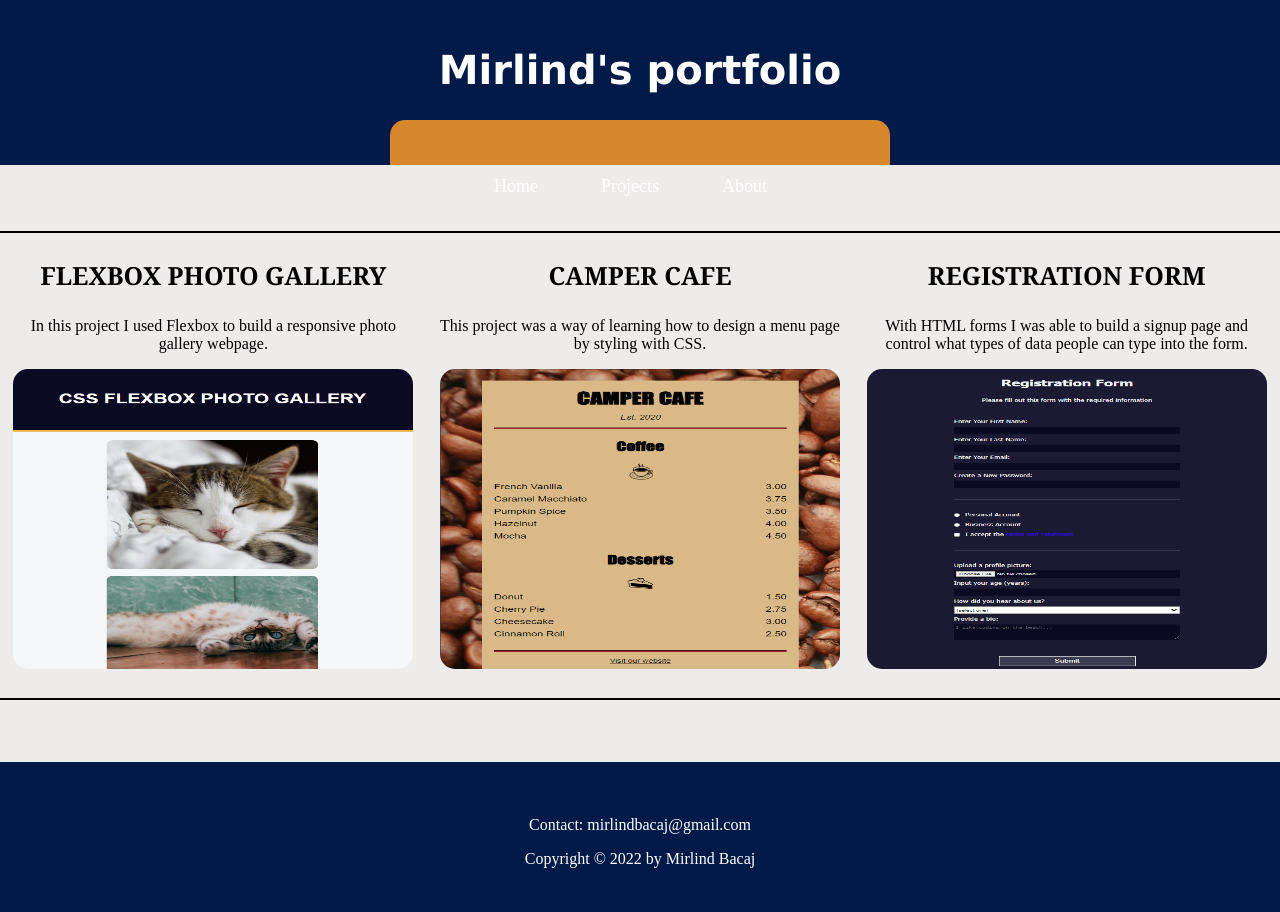
Repository: mirkbirki/mirkbirki.github.io
Page: index.html
These files come from the project's save history. The page is drawn as it stood at one moment and after the next save; the edit follows.
The browser window is 1280 px wide. The pictures show the whole page.

Above is the page before, as saved 2022-10-21 20:36:25.

### index.html
<!DOCTYPE html>
<html lang="en">
<head>
    <meta charset="UTF-8">
    <meta http-equiv="X-UA-Compatible" content="IE=edge">
    <meta name="viewport" content="width=device-width, initial-scale=1.0">
    <title>Mirlind's portfolio</title>
    <link rel="stylesheet" href="styles.css">
</head>
<body>
    <header>
            <h1>Mirlind's portfolio</h1>
        <div class="nav"><!--TODO: Make li-text visible in box and align li-text to center of div-box-->
            <nav>
                <ul>
                    <li><a href="#">Home</a></li>
                    <li><a href="#">Projects</a></li>
                    <li><a href="#">About</a></li>
                </ul>
            </nav>
        </div>
    </header>
    <div class="container">
        <div class="proj">
            <h3 class="project">FLEXBOX PHOTO GALLERY</h3>
            <p class="p">In this project I used Flexbox to build a responsive photo gallery webpage.</p>
            <img src="css flexbox photo gallery.PNG">
        </div>
        <div class="proj">
            <h3 class="project">CAMPER CAFE</h3>
            <p class="p">This project was a way of learning how to design a menu page by styling with CSS.</p>
            <img src="camper cafe.PNG">
        </div>
        <div class="proj">
            <h3 class="project">REGISTRATION FORM</h3>
            <p class="p">With HTML forms I was able to build a signup page and control what types of data people can type into the form.</p>
            <img src="registration form.PNG">
        </div>
    </div>
    <footer>
        <div class="footer">
            <p><br><br><br>Contact: <a href=mailto: mirlindbacaj@gmail.com>mirlindbacaj@gmail.com</a></p>
            <p>Copyright © 2022 by Mirlind Bacaj</p>
        </div>
    </footer>
</body>
</html>

### styles.css
body {
    background-color: rgba(226, 220, 220, 0.562);
    margin: 0;
}

h1 {
    font-size: 40px;
    font-family:'Lucida Sans', 'Lucida Sans Regular', 'Lucida Grande', 'Lucida Sans Unicode', Geneva, Verdana, sans-serif;
    color: white;
}

header {
    text-align: center;
    padding-top: 20px;
    background-color: rgb(1, 26, 71);
}

.nav {
    background-color: rgb(214, 135, 45);
    width: 500px;
    border-radius: 15px 15px 0 0;
    margin: auto;
    height: 45px;
    overflow:unset
}

.nav ul {
    position: relative;
}

.nav li {
    display: inline;
    padding-right: 59px;
    color: black;
}

.nav a {
    color: white;
    font-size: 18px;
    text-decoration: none;
}

.nav a:hover {
    color: rgb(0, 0, 0);
    font-size: 18px;
    text-decoration: none;
}

a:visited {
    color: white;
    font-size: 18px;
    text-decoration: none;
}

nav {
    text-align: center;
    padding: 40px;
}

.container {
    border-top: 2px solid black;
    border-bottom: 2px solid black;
    display: flex;
    margin-top: 66px;
    padding-bottom: 25px;
}

.proj {
    margin: auto;
    width: 400px;
    word-wrap:break-word;
}

.p {
    width: 100%;
    text-align: center;
}

.project {
    font-family: Georgia, 'Times New Roman', Times, serif;
    font-size: 25px;
    text-align: center;
}

img {
    height: 300px;
    width: 400px;
    border-radius: 15px;
}

.footer {
    background-color: rgb(1, 26, 71);
    margin-top: 62px;
    height: 150px;
    color: white;
    text-align: center;
}

footer a{
    color: white;
    text-decoration: 0;
}

footer a:hover {
    color: rgb(206, 118, 19);
}

footer a:visited {
    color: white;
}

After the next save:
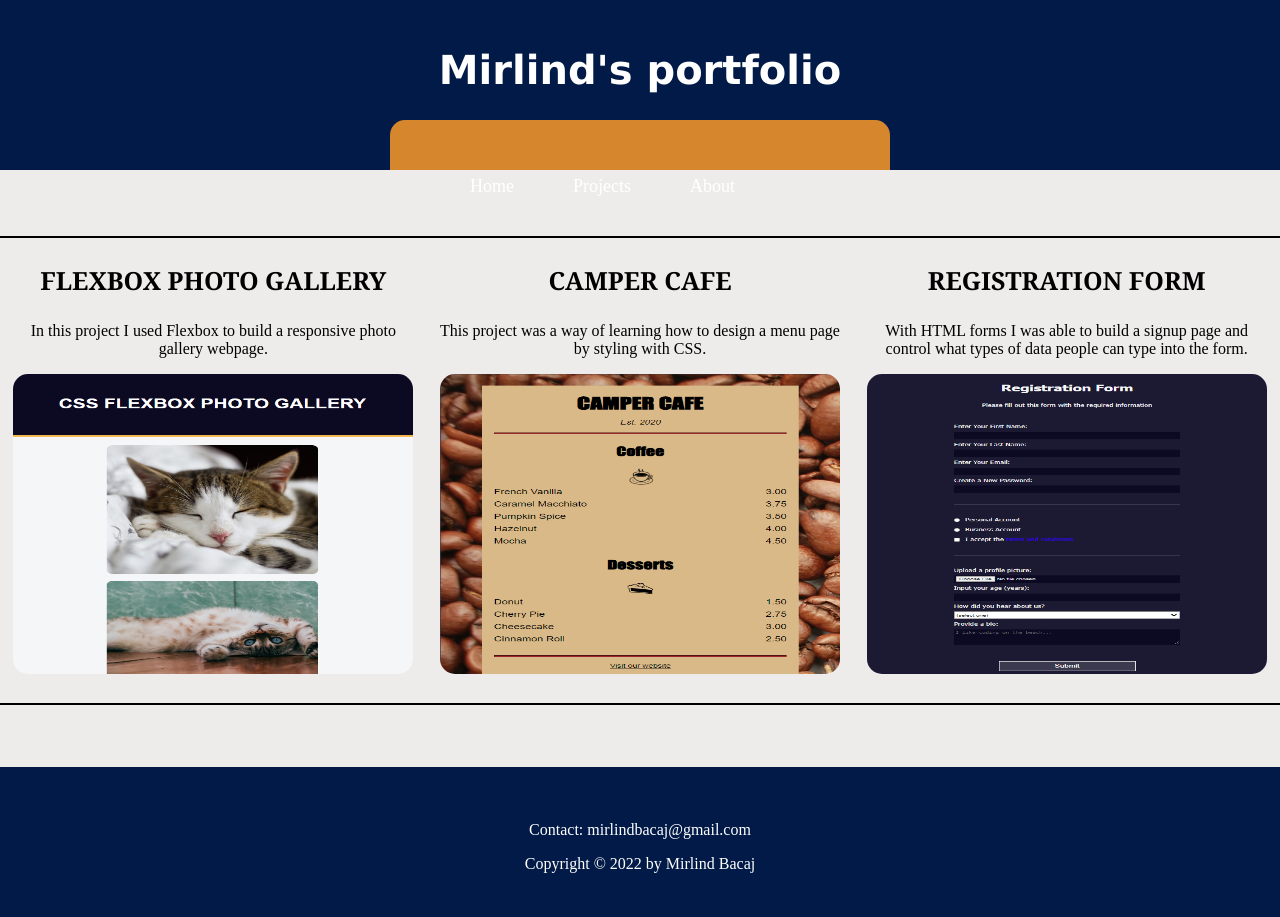
Saved 3 h 19 min later.
--- a/styles.css
+++ b/styles.css
@@ -20,16 +20,17 @@ header {
     width: 500px;
     border-radius: 15px 15px 0 0;
     margin: auto;
-    height: 45px;
-    overflow:unset
+    height: 50px;
+
 }
 
 .nav ul {
-    position: relative;
+    list-style-type: none;
 }
 
 .nav li {
     display: inline;
+    float: left;
     padding-right: 59px;
     color: black;
 }
